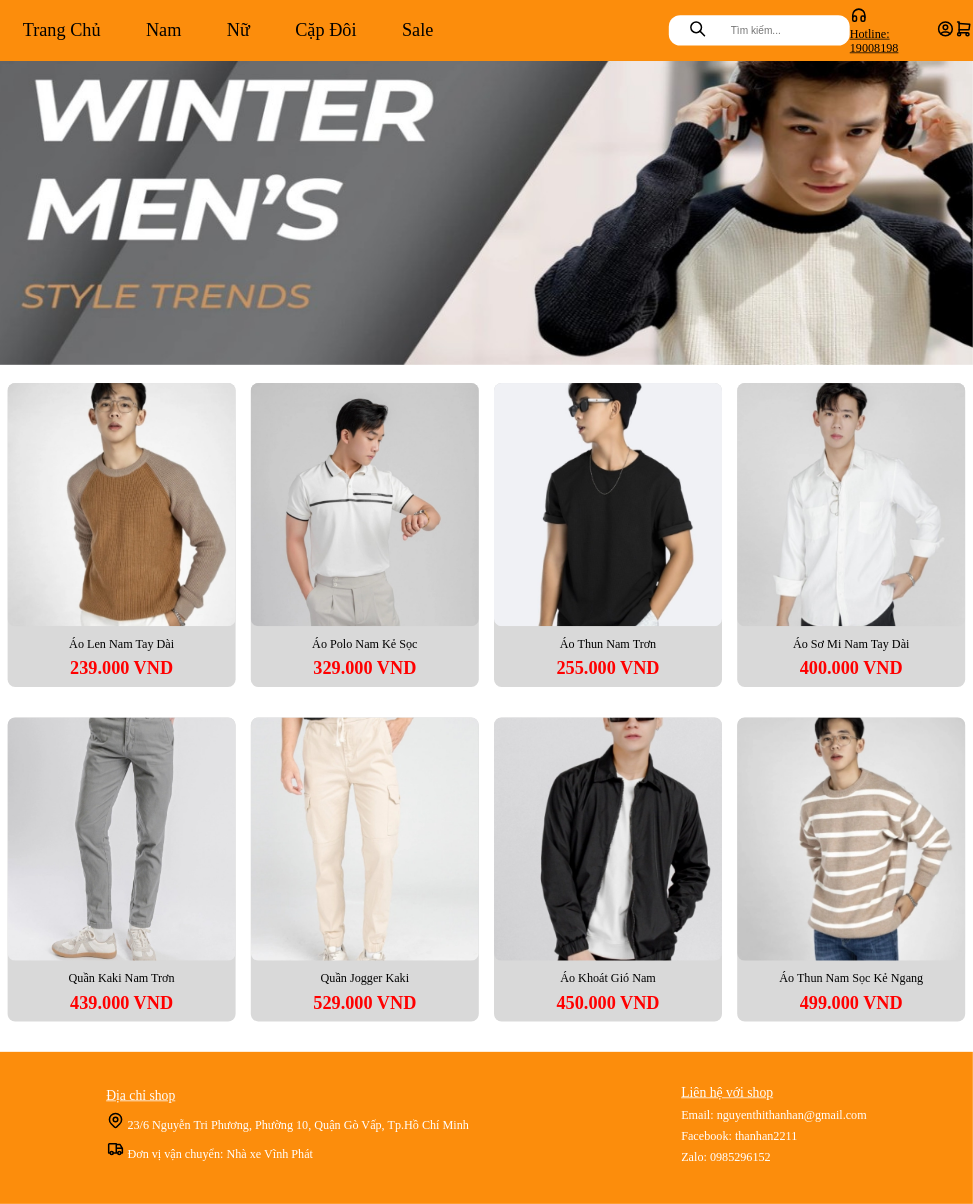
Repository: manhhieu120499/Project_ShopQuanAo
Page: html/nam.html
The author's editor kept a copy of each file at every save. The page is drawn from the files as they stood at one save, then again after a run of saves.
The browser window is 1280 px wide. The pictures show the whole page, at 76% of full size.

Above is the page before, as saved 2023-03-05 23:48:01.

### html/nam.html
<!DOCTYPE html>
<html lang="en">
<head>
    <meta charset="UTF-8">
    <meta http-equiv="X-UA-Compatible" content="IE=edge">
    <meta name="viewport" content="width=device-width, initial-scale=1.0">
    <title>Document</title>
    <link rel="stylesheet" href="/css/style_nam.css">
</head>
<body>
    <div class="wrap">
        <div class="header">
            <div class="header_nav">
                <a href="#">Trang Chủ</a>
                <a href="#">Nam</a>
                <a href="#">Nữ</a>
                <a href="#">Cặp Đôi</a>
                <a href="#">Sale</a>
            </div>
            <div class="right_header">
                <a href="#" class="search">
                    <svg xmlns="http://www.w3.org/2000/svg" class="icon icon-tabler icon-tabler-search" width="24" height="24" viewBox="0 0 24 24" stroke-width="2" stroke="currentColor" fill="none" stroke-linecap="round" stroke-linejoin="round">
                        <path stroke="none" d="M0 0h24v24H0z" fill="none"></path>
                        <path d="M10 10m-7 0a7 7 0 1 0 14 0a7 7 0 1 0 -14 0"></path>
                        <path d="M21 21l-6 -6"></path>
                     </svg>
                </a>
                <input type="text" placeholder="                  Tìm kiếm...">
                <a href="#" class="headphone">
                    <svg xmlns="http://www.w3.org/2000/svg" class="icon icon-tabler icon-tabler-headphones " width="24" height="24" viewBox="0 0 24 24" stroke-width="2" stroke="currentColor" fill="none" stroke-linecap="round" stroke-linejoin="round">
                        <path stroke="none" d="M0 0h24v24H0z" fill="none"></path>
                        <path d="M4 13m0 2a2 2 0 0 1 2 -2h1a2 2 0 0 1 2 2v3a2 2 0 0 1 -2 2h-1a2 2 0 0 1 -2 -2z"></path>
                        <path d="M15 13m0 2a2 2 0 0 1 2 -2h1a2 2 0 0 1 2 2v3a2 2 0 0 1 -2 2h-1a2 2 0 0 1 -2 -2z"></path>
                        <path d="M4 15v-3a8 8 0 0 1 16 0v3"></path>
                     </svg>
                     <p class="phone_number">Hotline: 19008198</p>
                </a>
                <a href="#">
                    <svg xmlns="http://www.w3.org/2000/svg" class="icon icon-tabler icon-tabler-user-circle " width="24" height="24" viewBox="0 0 24 24" stroke-width="2" stroke="currentColor" fill="none" stroke-linecap="round" stroke-linejoin="round">
                        <path stroke="none" d="M0 0h24v24H0z" fill="none"></path>
                        <path d="M12 12m-9 0a9 9 0 1 0 18 0a9 9 0 1 0 -18 0"></path>
                        <path d="M12 10m-3 0a3 3 0 1 0 6 0a3 3 0 1 0 -6 0"></path>
                        <path d="M6.168 18.849a4 4 0 0 1 3.832 -2.849h4a4 4 0 0 1 3.834 2.855"></path>
                     </svg>
                </a>
                <a href="#">
                    <svg xmlns="http://www.w3.org/2000/svg" class="icon icon-tabler icon-tabler-shopping-cart" width="24" height="24" viewBox="0 0 24 24" stroke-width="2" stroke="currentColor" fill="none" stroke-linecap="round" stroke-linejoin="round">
                        <path stroke="none" d="M0 0h24v24H0z" fill="none"></path>
                        <path d="M6 19m-2 0a2 2 0 1 0 4 0a2 2 0 1 0 -4 0"></path>
                        <path d="M17 19m-2 0a2 2 0 1 0 4 0a2 2 0 1 0 -4 0"></path>
                        <path d="M17 17h-11v-14h-2"></path>
                        <path d="M6 5l14 1l-1 7h-13"></path>
                     </svg>
                </a>
            </div>
        </div>

        <!--Slide_bar-->
        <div class="slide_bar">
            <img src="/image/image_trangnam/16.jpg" alt="picture_panel">
        </div>

        <!--products-->
        <div class="products">
            <div class="product_one">
                 <div class="product_item">
                    <a href="#"><img src="/image/image_trangnam/22.jpg" alt=""></a>
                    <p>Áo Len Nam Tay Dài</p>
                    <p>239.000 VND</p>
                 </div>
                 <div class="product_item">
                    <a href="#"><img src="/image/image_trangnam/17.jpg" alt=""></a>
                    <p>Áo Polo Nam Kẻ Sọc</p>
                    <p>329.000 VND</p>
                 </div>
                 <div class="product_item">
                    <a href="#"><img src="/image/image_trangnam/23.jpg" alt=""></a>
                    <p>Áo Thun Nam Trơn</p>
                    <p>255.000 VND</p>
                 </div>
                 <div class="product_item">
                    <a href="#"><img src="/image/image_trangnam/19.jpg" alt=""></a>
                    <p>Áo Sơ Mi Nam Tay Dài</p>
                    <p>400.000 VND</p>
                 </div>
            </div>

            <div class="product_one product_two">
                <div class="product_item">
                   <a href="#"><img src="/image/image_trangnam/24.jpg" alt=""></a>
                   <p>Quần Kaki Nam Trơn</p>
                   <p>439.000 VND</p>
                </div>
                <div class="product_item">
                   <a href="#"><img src="/image/image_trangnam/25.jpg" alt=""></a>
                   <p>Quần Jogger Kaki</p>
                   <p>529.000 VND</p>
                </div>
                <div class="product_item">
                   <a href="#"><img src="/image/image_trangnam/26.jpg" alt=""></a>
                   <p>Áo Khoát Gió Nam</p>
                   <p>450.000 VND</p>
                </div>
                <div class="product_item">
                   <a href="#"><img src="/image/image_trangnam/27.jpg" alt=""></a>
                   <p>Áo Thun Nam Sọc Kẻ Ngang</p>
                   <p>499.000 VND</p>
                </div>
           </div>
        </div>

        <!--Footer-->
        <div class="footer">
            <div class="left_footer">
                  <p class="address">Địa chỉ shop</p>
                  <p>
                    <a class="icon">
                        <svg xmlns="http://www.w3.org/2000/svg" class="icon icon-tabler icon-tabler-map-pin" width="24" height="24" viewBox="0 0 24 24" stroke-width="2" stroke="currentColor" fill="none" stroke-linecap="round" stroke-linejoin="round">
                            <path stroke="none" d="M0 0h24v24H0z" fill="none"></path>
                            <path d="M12 11m-3 0a3 3 0 1 0 6 0a3 3 0 1 0 -6 0"></path>
                            <path d="M17.657 16.657l-4.243 4.243a2 2 0 0 1 -2.827 0l-4.244 -4.243a8 8 0 1 1 11.314 0z"></path>
                         </svg>
                    </a>
                     23/6 Nguyễn Tri Phương, Phường 10, Quận Gò Vấp, Tp.Hồ Chí Minh
                  </p>
                  <p>
                    <a>
                        <svg xmlns="http://www.w3.org/2000/svg" class="icon icon-tabler icon-tabler-truck" width="24" height="24" viewBox="0 0 24 24" stroke-width="2" stroke="currentColor" fill="none" stroke-linecap="round" stroke-linejoin="round">
                            <path stroke="none" d="M0 0h24v24H0z" fill="none"></path>
                            <path d="M7 17m-2 0a2 2 0 1 0 4 0a2 2 0 1 0 -4 0"></path>
                            <path d="M17 17m-2 0a2 2 0 1 0 4 0a2 2 0 1 0 -4 0"></path>
                            <path d="M5 17h-2v-11a1 1 0 0 1 1 -1h9v12m-4 0h6m4 0h2v-6h-8m0 -5h5l3 5"></path>
                         </svg>
                         Đơn vị vận chuyển: Nhà xe Vĩnh Phát
                    </a>
                  </p>
            </div>
            <div class="right_footer">
                 <p class="address">Liên hệ với shop</p>
                 <p>Email: nguyenthithanhan@gmail.com</p>
                 <p>Facebook: thanhan2211</p>
                 <p>Zalo: 0985296152</p>
            </div>

        </div>
    </div>
</body>
</html>

### css/style_nam.css
* {
    margin: 0;
    box-sizing: border-box;
}

.header {
    background-color: #FC8D0C;
    width: 100%;
    height: 80px;
    display: flex;
    justify-content: space-between;
    align-items: center;
    position: fixed;
    top: 0;
    left: 0;
}

.header .header_nav {
    display: flex;
    justify-content: space-around;
    width: 600px;
}

.header_nav > a {
    color: black;
    text-decoration: none;
    font-size: 24px;
}

.header_nav > a:hover {
    color: white;
}

.header .right_header {
    display: flex;
    justify-content: space-around;
    width: 400px;
    align-items: center;
}

.right_header > input {
    width: 250px;
    height: 40px;
    padding: 0 15px;
    border-radius: 15px;
    border: none;
    position: relative;
}

.right_header > a {
    color: black;
}

.right_header .search {
    position: absolute;
    z-index: 1;
    right: 350px;
}

.slide_bar {
    margin-top: 80px;
}

.slide_bar > img {
    width: 100%;
    height: 400px;
    object-fit: fill;
}


/*products*/
.products {
    margin-top: 20px;
}
.product_one {
    display: flex;
    justify-content: space-around;
}

.product_one .product_item {
    width: 300px;
    height: 400px;
    background-color: #D9D9D9;
    border-radius: 10px;
}

.product_item > a > img {
    width: 100%;
    height: 320px;
    border-radius: 10px;
    object-fit: cover;
}

.product_item > p {
    font-size: 16px;
    text-align: center;
    margin-top: 10px;
}

.product_item > p:nth-child(3) {
    color: red;
    font-size: 24px;
    font-weight: bold;
}

.product_two {
    margin-top: 40px;
}

/*footer*/

.footer {
    margin-top: 40px;
    width: 100%;
    height: 200px;
    background-color: #FC8D0C;
    display: flex;
    justify-content: space-around;
    align-items: center;
    color: white;
}

.footer .left_footer {
    display: flex;
    flex-direction: column;
}

.left_footer p {
    margin-bottom: 10px;
}

.left_footer .address {
    text-decoration: underline;
    font-size: 18px;
}

.footer .right_footer {
    display: flex;
    flex-direction: column;
}

.right_footer p {
    margin-bottom: 10px;
}

.right_footer .address {
    text-decoration: underline;
    font-size: 18px;
}

.footer svg {
    color: black;
}


.headphone {
    position: relative;
}

.headphone:hover


.phone_number {
    position: absolute;
    top: 120px;
    right: 40px;
    background-color: white;
    width: 150px;
    height: 40px;
    text-align: center;
    line-height: 40px;
    border-radius: 10px;
}

After the next 3 saves:
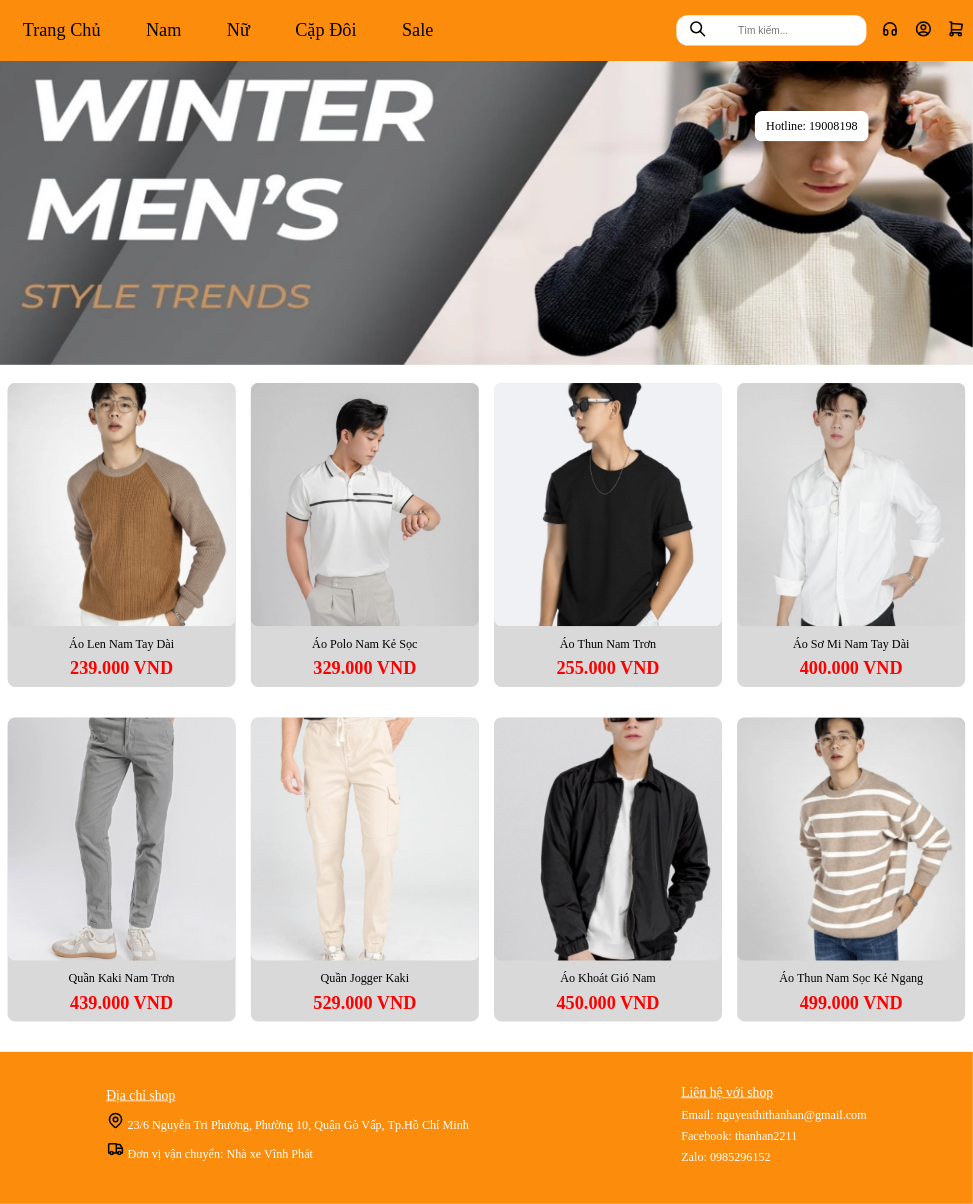
The 3 saves are shown as one change because they came seconds apart.
The last was saved 12 s later.
--- a/css/style_nam.css
+++ b/css/style_nam.css
@@ -157,10 +157,10 @@
     position: relative;
 }
 
-.headphone:hover
+/* .headphone:hover  */
 
 
-.phone_number {
+.headphone .phone_number {
     position: absolute;
     top: 120px;
     right: 40px;
